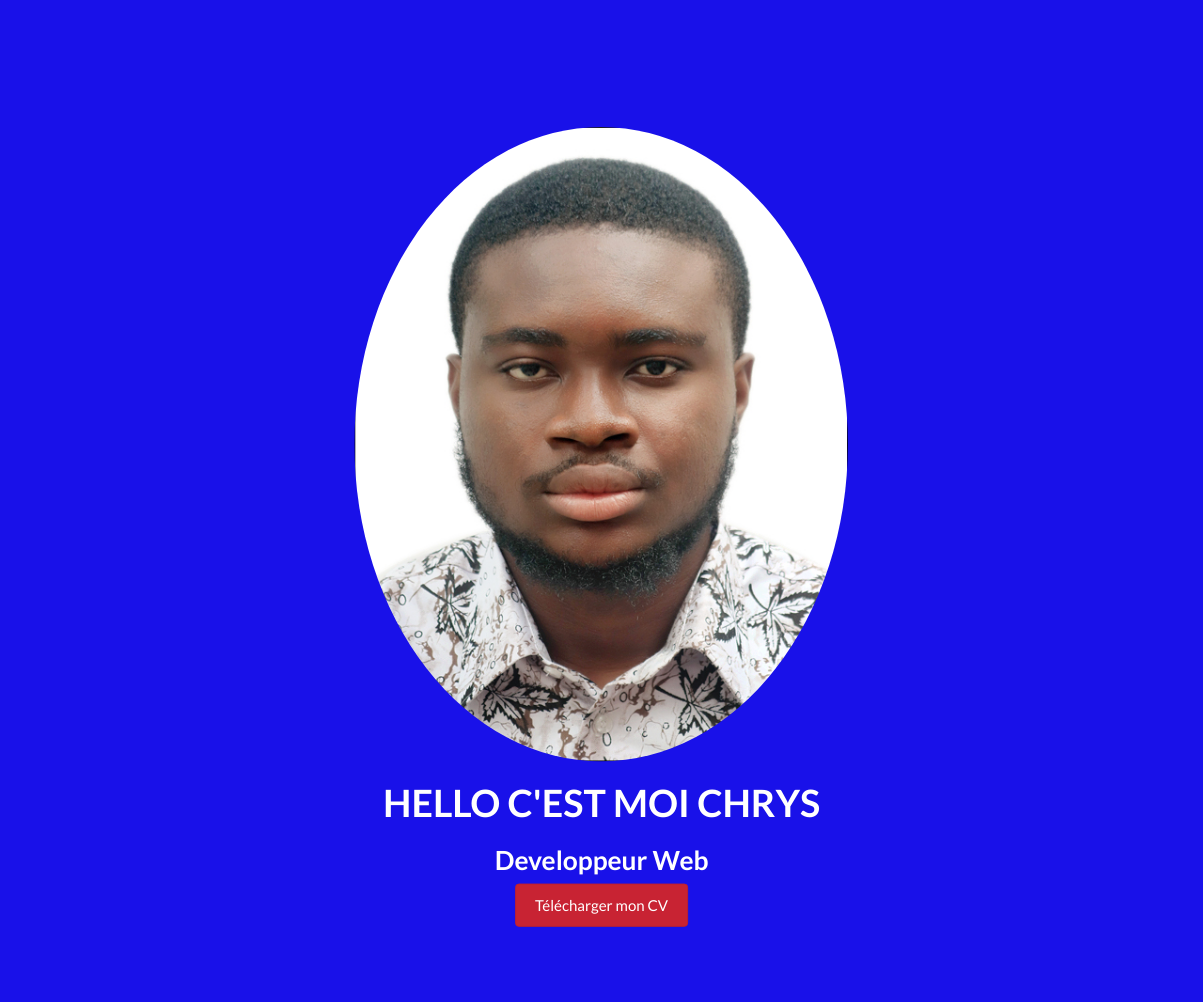
Repository: CHRYSOVR/CV_en_ligne_Interactif
Page: index.html
These files come from the project's save history. The page is drawn as it stood at one moment and after the next save; the edit follows.
The browser window is 1280 px wide. The pictures show the whole page, at 94% of full size.
The pointer rests on the first visible `.btn-danger`.

Above is the page before, as saved 2025-07-07 16:00:35.
Console error: TypeError: Cannot read properties of undefined (reading 'fn')

### index.html
<!DOCTYPE html>
<html lang="fr">
<head>
    <meta charset="UTF-8">
    <meta name="viewport" content="width=device-width, initial-scale=1.0">
    <link rel="preconnect" href="https://fonts.googleapis.com">
<link rel="preconnect" href="https://fonts.gstatic.com" crossorigin>
<link href="https://fonts.googleapis.com/css2?family=Lato:ital,wght@0,100;0,300;0,400;0,700;0,900;1,100;1,300;1,400;1,700;1,900&display=swap" rel="stylesheet">
<link rel="stylesheet" href="https://cdn.jsdelivr.net/npm/bootstrap@4.0.0/dist/css/bootstrap.min.css" integrity="sha384-Gn5384xqQ1aoWXA+058RXPxPg6fy4IWvTNh0E263XmFcJlSAwiGgFAW/dAiS6JXm" crossorigin="anonymous">
<script src="https://cdn.jsdelivr.net/npm/bootstrap@4.0.0/dist/js/bootstrap.min.js" integrity="sha384-JZR6Spejh4U02d8jOt6vLEHfe/JQGiRRSQQxSfFWpi1MquVdAyjUar5+76PVCmYl" crossorigin="anonymous"></script>
    <link rel="stylesheet" href="css/style.css">
    <script src="js/script.js"></script>
    <title>CV SANNE-TIA</title>
</head>
<body>
  <section id="about" class="container-fluid">
    <div  class=" col-8 col -lg-4 profile-picture" >
        <img src="images/Me.JPG" alt="photo sanne-tia" class="rounded-circle">
    </div>
    <div class="heading">
        <h1>Hello c'est moi Chrys</h1 >
             <h3>Developpeur Web</h3>
     <a href="documents/CV_Sanne-Tia.pdf" class="btn btn-danger" target="_blank">Télécharger mon CV</a>
  </div>
    </section>
</body>
</html>

### css/style.css
/*GENERAL*/

body{
    font-family: 'Lato', sans-serif;

}
h1,h2,h3,h4,h5,h6{
    font-weight: bold;


}
/*ABOUT*/
#about{
    background-color: #1911e9;

}
.profile-picture{
    text-align: center;
    margin: 70px auto 0;

}
section{
padding: 65px 0 80px 0;

}
 .heading{
    text-align: center;
    color: white;
    margin-top: 20px;
}
img{
    max-width: 100%;
    height: auto;
}
#about .heading h1{
    color: white;
    text-transform: uppercase;
    margin-bottom: 20px;

}
.btn-danger{
    background-color: #ff0000;
    border-color: #ff0000;
    color: white;
    padding: 10px 20px;
    font-size: 16px;
    text-decoration: none;
}

Loaded but not shown: js/script.js (no stored copy; drawn as an empty file)

After the next save:
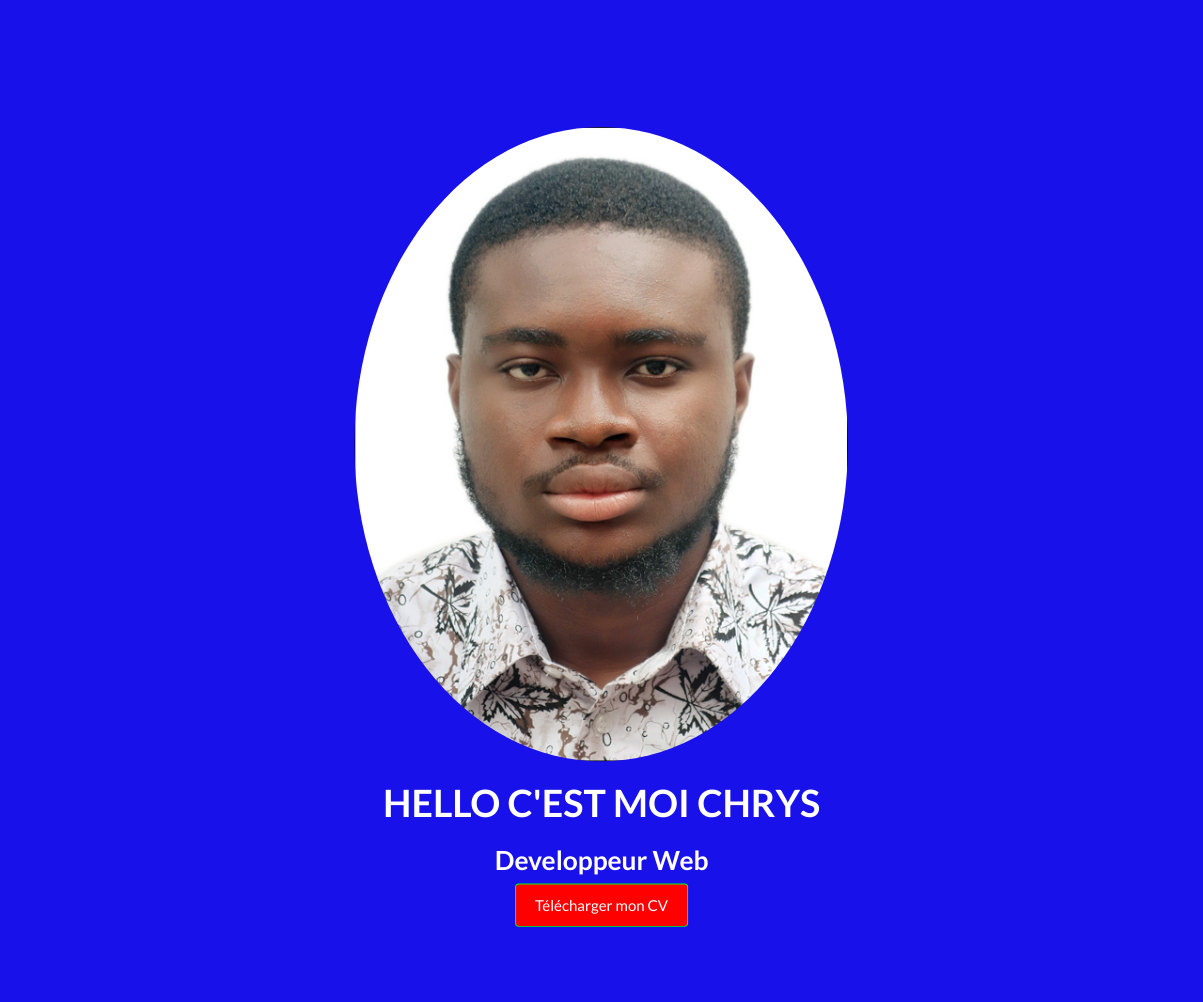
Saved 12 min 21 s later.
--- a/css/style.css
+++ b/css/style.css
@@ -46,3 +46,11 @@ img{
     font-size: 16px;
     text-decoration: none;
 }
+.btn-danger:hover{
+    background-color: #ff0000;
+    border-color: #00ff11fe;
+    color: white;
+    padding: 10px 20px;
+    font-size: 16px;
+    text-decoration: none;
+}
